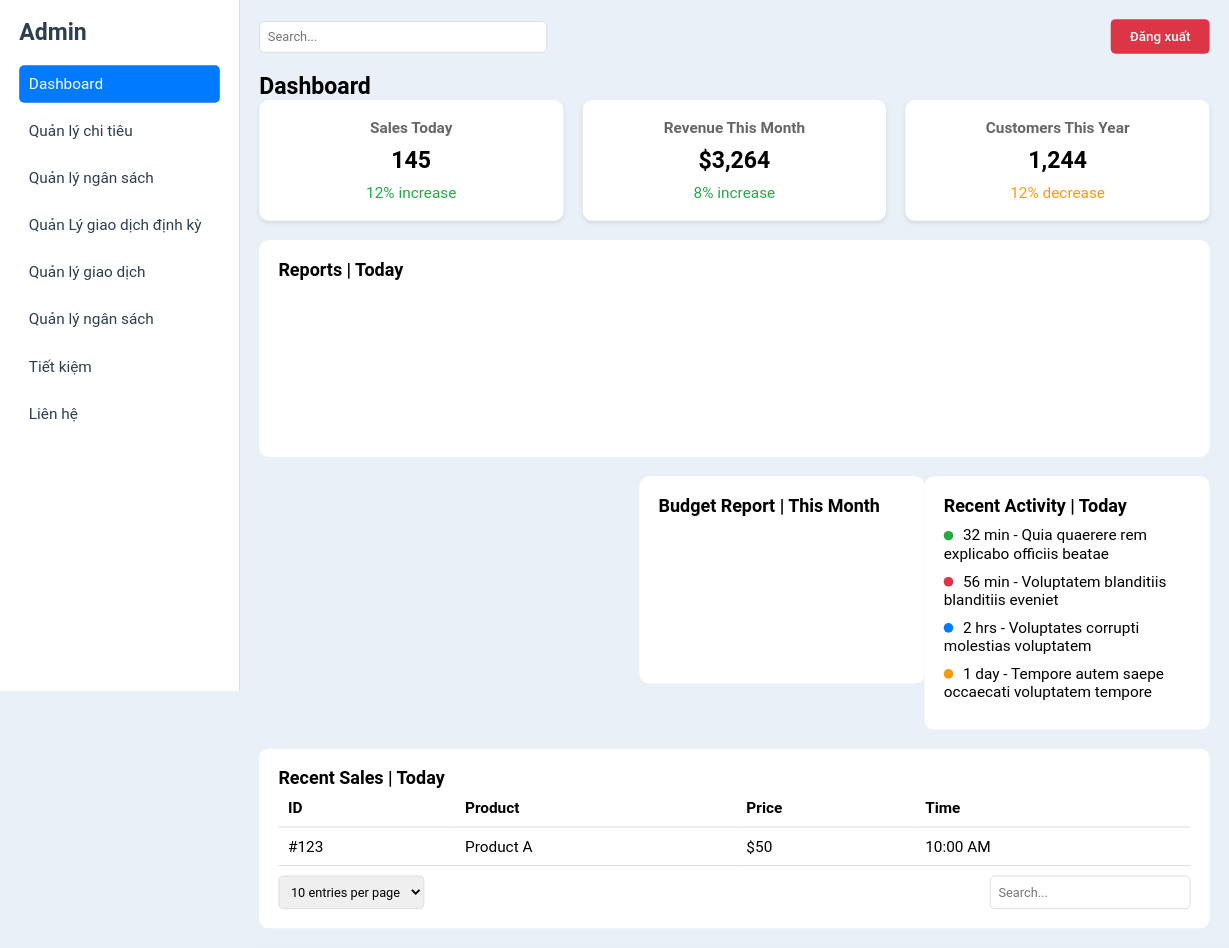
Repository: PhanVanHoa051204/Project3
Page: http://localhost/Project3/dashboard.jsp
An editor plug-in stored every save of this project. The page is shown before and after the next save, followed by the edit.
The browser window is 1280 px wide. The pictures show the whole page, at 96% of full size.
The page is served by Tomcat 9. Other server files are loaded and not shown.

Above is the page before, as saved 2025-03-12 14:01:35.
Console error: ReferenceError: Chart is not defined

### PhanVanHoa_2210900023_K22CNT1/Project3/src/main/webapp/dashboard.jsp
<%@ page language="java" contentType="text/html; charset=UTF-8"
	pageEncoding="UTF-8"%>
<!DOCTYPE html>
<html lang="en">
<head>
<meta charset="UTF-8">
<meta name="viewport" content="width=device-width, initial-scale=1.0">
<title>Admin</title>
<link rel="stylesheet" href="style.css">

</head>
<body>
	<div class="container">
		<!-- Sidebar -->
		<div class="sidebar">
			<div class="logo">Admin</div>
			<ul>
				<li class="active"><a href="#">Dashboard</a></li>
				<li><a href="#">Quản lý chi tiêu</a></li>
				<li><a href="#">Quản lý ngân sách</a></li>
				<li><a href="#">Quản Lý giao dịch định kỳ</a></li>
				<li><a href="#">Quản lý giao dịch</a></li>
				<li><a href="#">Quản lý ngân sách</a></li>
				<li><a href="#">Tiết kiệm</a></li>
				<li><a href="#">Liên hệ</a></li>

			</ul>
		</div>

		<!-- Main Content -->
		<div class="main-content">
			<header>
				<div class="search-bar">
					<input type="text" placeholder="Search...">
				</div>
				<div class="submit-section">
					<a href="login.jsp" class="logout-btn">Đăng xuất</a>
				</div>
			</header>

			<!-- Dashboard Content -->
			<div class="dashboard-content">
				<h2>Dashboard</h2>

				<!-- Top Cards -->
				<div class="cards">
					<div class="card">
						<h3>Sales Today</h3>
						<p>145</p>
						<span class="increase">12% increase</span>
					</div>
					<div class="card">
						<h3>Revenue This Month</h3>
						<p>$3,264</p>
						<span class="increase">8% increase</span>
					</div>
					<div class="card">
						<h3>Customers This Year</h3>
						<p>1,244</p>
						<span class="decrease">12% decrease</span>
					</div>
				</div>

				<!-- Reports Chart -->
				<div class="chart-section">
					<h3>Reports | Today</h3>
					<canvas id="reportsChart"></canvas>
				</div>

				<!-- Recent Activity -->
				<div class="recent-activity">
					<h3>Recent Activity | Today</h3>
					<ul>
						<li><span class="dot green"></span>32 min - Quia quaerere rem
							explicabo officiis beatae</li>
						<li><span class="dot red"></span>56 min - Voluptatem
							blanditiis blanditiis eveniet</li>
						<li><span class="dot blue"></span>2 hrs - Voluptates corrupti
							molestias voluptatem</li>
						<li><span class="dot yellow"></span>1 day - Tempore autem
							saepe occaecati voluptatem tempore</li>
					</ul>
				</div>

				<!-- Budget Report -->
				<div class="budget-report">
					<h3>Budget Report | This Month</h3>
					<canvas id="budgetChart"></canvas>
				</div>

				<!-- Recent Sales -->
				<div class="recent-sales">
					<h3>Recent Sales | Today</h3>
					<table>
						<thead>
							<tr>
								<th>ID</th>
								<th>Product</th>
								<th>Price</th>
								<th>Time</th>
							</tr>
						</thead>
						<tbody>
							<tr>
								<td>#123</td>
								<td>Product A</td>
								<td>$50</td>
								<td>10:00 AM</td>
							</tr>
							<!-- Thêm dữ liệu mẫu -->
						</tbody>
					</table>
					<div class="table-footer">
						<select>
							<option>10 entries per page</option>
						</select> <input type="text" placeholder="Search...">
					</div>
				</div>
			</div>
		</div>
	</div>

	<!-- JavaScript để vẽ biểu đồ -->
	<script>
		// Reports Chart
		const ctx1 = document.getElementById('reportsChart').getContext('2d');
		new Chart(ctx1, {
			type : 'line',
			data : {
				labels : [ '00:00', '01:00', '02:00', '03:00', '04:00',
						'05:00', '06:00' ],
				datasets : [ {
					label : 'Sales',
					data : [ 20, 40, 30, 60, 50, 40, 30 ],
					borderColor : '#007BFF',
					fill : false
				}, {
					label : 'Revenue',
					data : [ 10, 30, 50, 40, 30, 20, 10 ],
					borderColor : '#28A745',
					fill : false
				}, {
					label : 'Customers',
					data : [ 30, 20, 25, 35, 20, 15, 10 ],
					borderColor : '#F39C12',
					fill : false
				} ]
			},
			options : {
				scales : {
					y : {
						beginAtZero : true
					}
				}
			}
		});

		// Budget Chart (Radar)
		const ctx2 = document.getElementById('budgetChart').getContext('2d');
		new Chart(ctx2, {
			type : 'radar',
			data : {
				labels : [ 'Administration', 'Marketing', 'Development',
						'on Technology' ],
				datasets : [ {
					label : 'Allocated Budget',
					data : [ 65, 59, 90, 81 ],
					backgroundColor : 'rgba(0, 123, 255, 0.2)',
					borderColor : '#007BFF'
				}, {
					label : 'Actual Spending',
					data : [ 28, 48, 40, 19 ],
					backgroundColor : 'rgba(40, 167, 69, 0.2)',
					borderColor : '#28A745'
				} ]
			}
		});
	</script>
</body>
</html>

### PhanVanHoa_2210900023_K22CNT1/Project3/src/main/webapp/style.css
* {
    margin: 0;
    padding: 0;
    box-sizing: border-box;
    font-family: 'Roboto', sans-serif;
}

body {
    background-color: #E9F0F7;
}

.container {
    display: flex;
}

/* Sidebar */
.sidebar {
    width: 250px;
    background-color: #fff;
    padding: 20px;
    height: 100vh;
    border-right: 1px solid #ddd;
}

.logo {
    font-size: 24px;
    font-weight: bold;
    color: #2C3E50;
    margin-bottom: 20px;
}

.sidebar ul {
    list-style: none;
}

.sidebar ul li {
    margin: 10px 0;
}

.sidebar ul li a {
    text-decoration: none;
    color: #2C3E50;
    display: block;
    padding: 10px;
    border-radius: 5px;
}

.sidebar ul li.active a {
    background-color: #007BFF;
    color: #fff;
}

/* Main Content */
.main-content {
    flex: 1;
    padding: 20px;
}

header {
    display: flex;
    justify-content: space-between;
    align-items: center;
    margin-bottom: 20px;
}

.submit-section {
    display: flex;
    align-items: center;
}

/* Định dạng nút Đăng xuất */
.logout-btn {
    text-decoration: none;
    color: #fff;
    background-color: #DC3545; /* Màu đỏ cho nút Đăng xuất */
    padding: 10px 20px;
    border-radius: 5px;
    transition: background-color 0.3s;
    font-size: 14px;
    font-weight: 500;
    display: inline-block;
}

.logout-btn:hover {
    background-color: #C82333; /* Màu đỏ đậm hơn khi hover */
}

.logout-btn:focus {
    outline: none;
    box-shadow: 0 0 5px rgba(220, 53, 69, 0.5);
}

.search-bar input {
    padding: 8px;
    border: 1px solid #ddd;
    border-radius: 5px;
    width: 300px;
}

.user-info {
    display: flex;
    align-items: center;
}

.user-info span {
    margin-right: 10px;
}

.avatar {
    width: 40px;
    height: 40px;
    border-radius: 50%;
}

/* Cards */
.cards {
    display: flex;
    gap: 20px;
    margin-bottom: 20px;
}

.card {
    background-color: #fff;
    padding: 20px;
    border-radius: 10px;
    flex: 1;
    text-align: center;
    box-shadow: 0 2px 5px rgba(0, 0, 0, 0.1);
}

.card h3 {
    font-size: 16px;
    color: #666;
}

.card p {
    font-size: 24px;
    font-weight: bold;
    margin: 10px 0;
}

.increase {
    color: #28A745;
}

.decrease {
    color: #F39C12;
}

/* Chart Section */
.chart-section {
    background-color: #fff;
    padding: 20px;
    border-radius: 10px;
    margin-bottom: 20px;
}

.chart-section h3 {
    margin-bottom: 10px;
}

/* Recent Activity */
.recent-activity {
    background-color: #fff;
    padding: 20px;
    border-radius: 10px;
    margin-bottom: 20px;
    width: 30%;
    float: right;
}

.recent-activity ul {
    list-style: none;
}

.recent-activity li {
    margin: 10px 0;
}

.dot {
    display: inline-block;
    width: 10px;
    height: 10px;
    border-radius: 50%;
    margin-right: 10px;
}

.green { background-color: #28A745; }
.red { background-color: #DC3545; }
.blue { background-color: #007BFF; }
.yellow { background-color: #F39C12; }

/* Budget Report */
.budget-report {
    background-color: #fff;
    padding: 20px;
    border-radius: 10px;
    width: 30%;
    float: right;
    margin-bottom: 20px;
}

/* Recent Sales */
.recent-sales {
    background-color: #fff;
    padding: 20px;
    border-radius: 10px;
    clear: both;
}

.recent-sales table {
    width: 100%;
    border-collapse: collapse;
}

.recent-sales th, .recent-sales td {
    padding: 10px;
    text-align: left;
    border-bottom: 1px solid #ddd;
}

.table-footer {
    display: flex;
    justify-content: space-between;
    margin-top: 10px;
}

.table-footer select, .table-footer input {
    padding: 8px;
    border: 1px solid #ddd;
    border-radius: 5px;
}

After the next save:
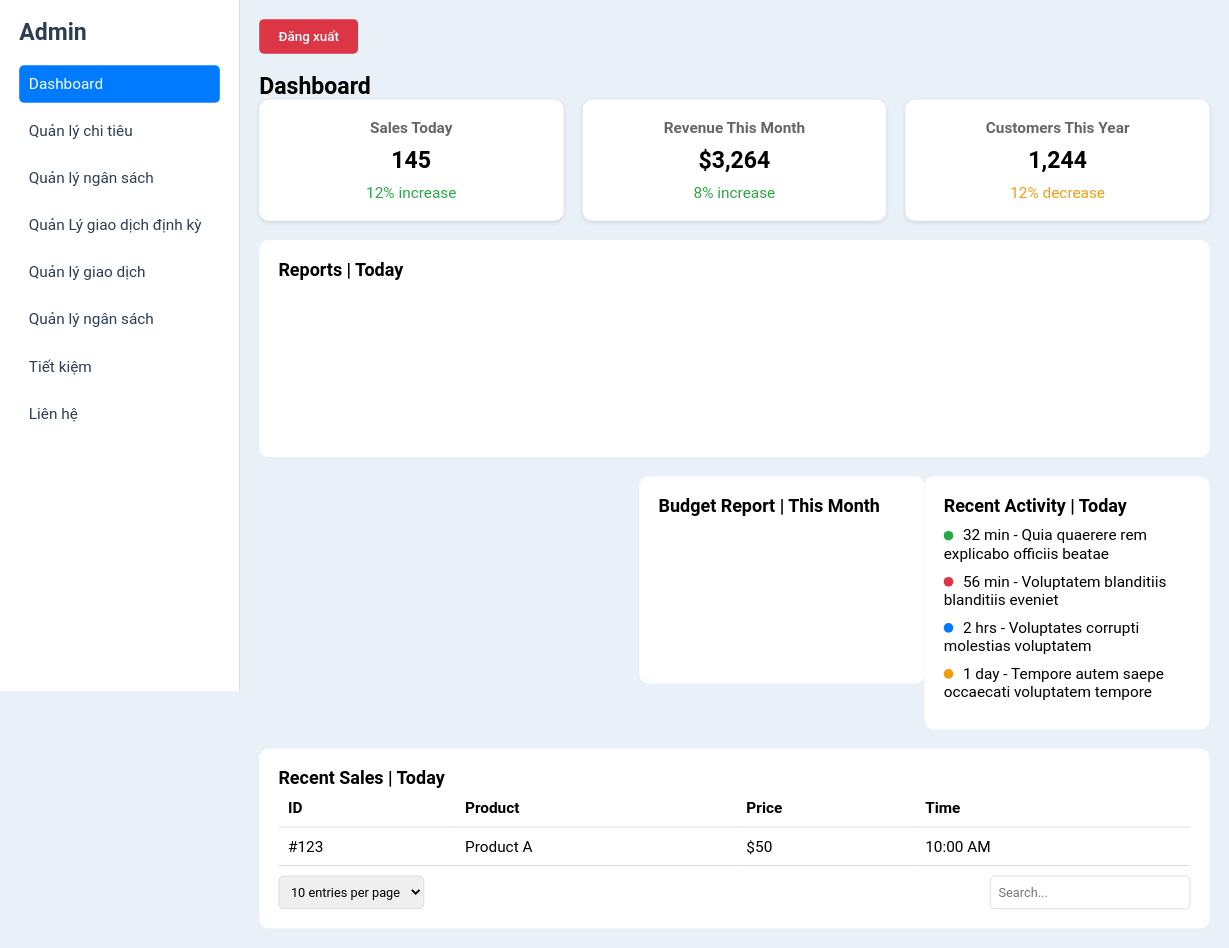
Saved 42 s later.
--- a/PhanVanHoa_2210900023_K22CNT1/Project3/src/main/webapp/dashboard.jsp
+++ b/PhanVanHoa_2210900023_K22CNT1/Project3/src/main/webapp/dashboard.jsp
@@ -30,9 +30,9 @@
 		<!-- Main Content -->
 		<div class="main-content">
 			<header>
-				<div class="search-bar">
+				<!-- <div class="search-bar">
 					<input type="text" placeholder="Search...">
-				</div>
+				</div> -->
 				<div class="submit-section">
 					<a href="login.jsp" class="logout-btn">Đăng xuất</a>
 				</div>

After the save that followed:
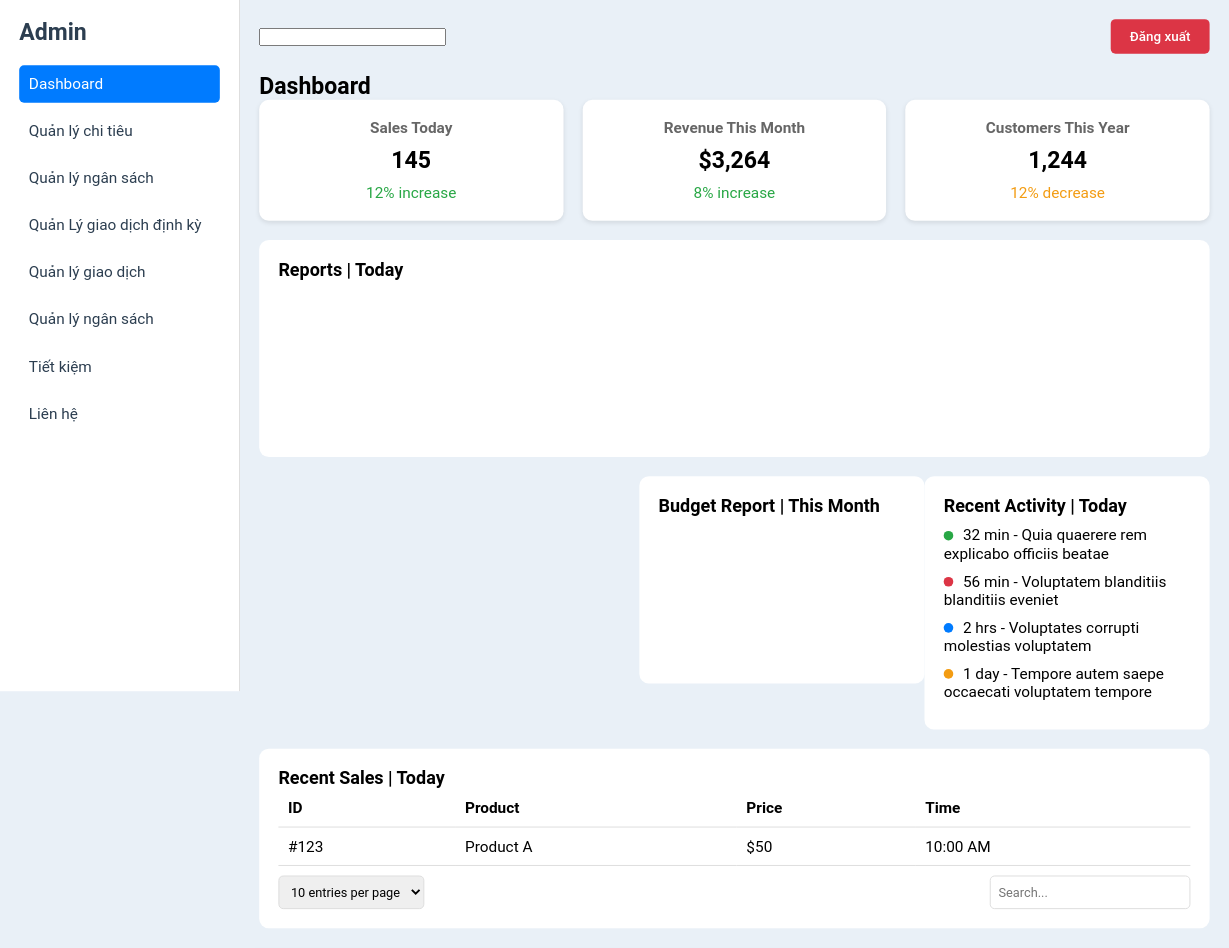
Saved 26 s later.
--- a/PhanVanHoa_2210900023_K22CNT1/Project3/src/main/webapp/dashboard.jsp
+++ b/PhanVanHoa_2210900023_K22CNT1/Project3/src/main/webapp/dashboard.jsp
@@ -30,9 +30,9 @@
 		<!-- Main Content -->
 		<div class="main-content">
 			<header>
-				<!-- <div class="search-bar">
-					<input type="text" placeholder="Search...">
-				</div> -->
+				 <div class="">
+					<input type="text" placeholder="">
+				</div>
 				<div class="submit-section">
 					<a href="login.jsp" class="logout-btn">Đăng xuất</a>
 				</div>
